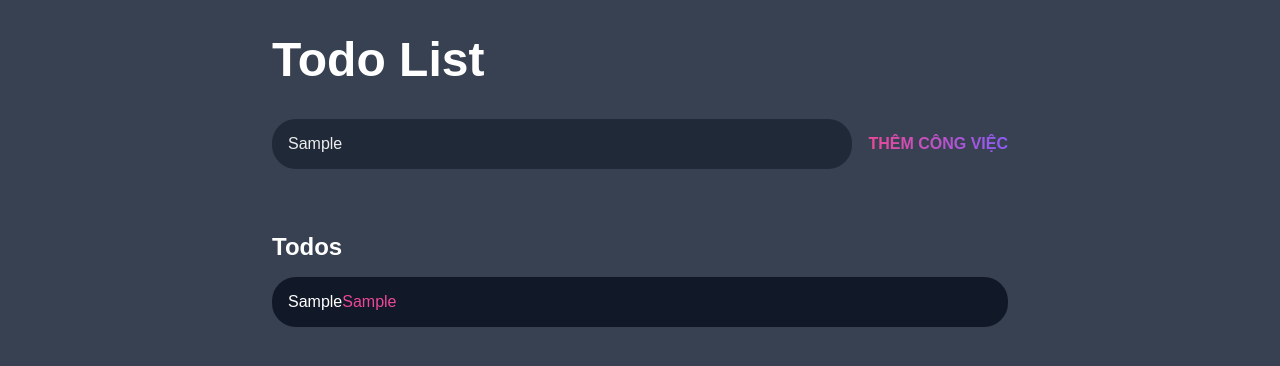
Repository: ntheanh/Todo-List
Page: index.html
An editor plug-in stored every save of this project. The page is shown before and after the next save, followed by the edit.
The browser window is 1280 px wide. The pictures show the whole page.
Empty fields were first filled with sample values (such as "Sample", 5 or name@example.com).
After loading, the first visible `#new-todo-form` was submitted once.
The style sheet was rebuilt from its Sass, Less or Tailwind sources for each picture, by a compiler version that may differ from the author's.

Above is the page before, as saved 2023-03-16 14:04:50.

### index.html
<!DOCTYPE html>
<html lang="en">
  <head>
    <meta charset="UTF-8" />
    <meta http-equiv="X-UA-Compatible" content="IE=edge" />
    <meta name="viewport" content="width=device-width, initial-scale=1.0" />
    <title>My Todo List</title>
    <link rel="stylesheet" href="style.css" />
  </head>
  <body>
    <header>
      <h1>Todo List</h1>
      <form action="" id="new-todo-form">
        <input
          id="new-todo-input"
          type="text"
          name="todo"
          placeholder="Nhập công việc của bạn... "
        />
        <input id="new-todo-submit" type="submit" value="Thêm Công Việc" />
      </form>
    </header>
    <main>
      <section class="task-list">
        <h2>Todos</h2>
        <div id="tasks">
          <!-- <div class="task">
            <div class="content">
              <input
                type="text"
                class="content_input"
                value="My task"
                readonly
              />
            </div>
            <div class="actions">
              <button class="edit">Sửa</button>
              <button class="delete">Xoá</button>
            </div>
          </div> -->
        </div>
      </section>
    </main>

    <script src="app.js"></script>
  </body>
</html>

### app.js
window.addEventListener("load", () => {
  const form = document.querySelector("#new-todo-form");
  const input = document.querySelector("#new-todo-input");
  const list_el = document.querySelector("#tasks");

  form.addEventListener("submit", (e) => {
    e.preventDefault();
    const todo = input.value;
    if (!todo) {
      alert("Vui long nhap cong viec can lam");
      return;
    }

    const todo_el = document.createElement("div");
    todo_el.classList.add("task");

    const todo_content = document.createElement("div");
    todo_content.classList.add("content");
    todo_content.innerText = todo;

    todo_el.appendChild(todo_content);

    const todo_input = document.createElement("input");
    todo_input.type = "text";
    todo_input.classList.add("content_input");
    todo_input.value = todo;
    todo_input.setAttribute = ("readonly", "readonly");

    todo_content.appendChild(todo_input);

    const todo_actions = document.createElement("div");
    todo_actions.classList.add("actions");

    const todo_edit = document.createElement("button");
    todo_edit.classList.add("edit");
    todo_edit.innerText = "Sửa";

    const todo_delete = document.createElement("button");
    todo_delete.classList.add("delete");
    todo_delete.innerText = "Xóa";

    todo_actions.appendChild(todo_edit);
    todo_actions.appendChild(todo_delete);

    list_el.appendChild(todo_el);
  });
});

### style.scss
:root {
  --dark: #374151;
  --darker: #1f2937;
  --darkest: #111827;
  --gray: #6b7280;
  --light: #eee;
  --pink: #ec4899;
  --purple: #8b5cf6;
}

* {
  margin: 0;
  padding: 0;
  box-sizing: border-box;
  font-family: "Poppins", sans-serif;
}

body {
  display: flex;
  flex-direction: column;
  min-height: 100vh;
  background: var(--dark);
  color: #fff;
}

header {
  padding: 2rem;
  width: 100%;
  max-width: 800px;
  margin: 0 auto;
  h1 {
    font-size: 3rem;
    font-weight: 600;
    margin-bottom: 2rem;
  }
}
#new-todo-form {
  display: flex;
}

input,
button {
  appearance: none;
  border: none;
  outline: none;
  background: none;
}

#new-todo-input {
  flex: 1 1 0%;
  background: var(--darker);
  padding: 1rem;
  border-radius: 1.5rem;
  margin-right: 1rem;
  color: var(--light);
  font-size: 1rem;
}
#new-todo-submit {
  color: var(--pink);
  font-size: 1rem;
  font-weight: 700;
  text-transform: uppercase;
  background: linear-gradient(to right, var(--pink), var(--purple));
  background-clip: text;
  -webkit-text-fill-color: transparent;
  transition: 0.4s;
  &:hover {
    opacity: 0.8;
  }
  &:active {
    opacity: 0.6;
  }
}

main {
  flex: 1 1 0%;
  width: 100%;
  max-width: 800px;
  margin: 0 auto;
  .task-list {
    padding: 2rem;
    h2 {
      font-size: 1.5rem;
      font-weight: 600;
      margin-bottom: 1rem;
    }
    #tasks .task {
      display: flex;
      justify-content: space-between;
      background: var(--darkest);
      padding: 1rem;
      border-radius: 1.5rem;
      margin-bottom: 1rem;
      .content .content_input {
        color: var(--light);
        font-size: 1rem;
        font-weight: 500;
        &:not(:read-only) {
          color: var(--pink);
        }
      }
      .actions {
        display: flex;
        margin: 0 -0.5rem;
        button {
          text-transform: uppercase;
          margin: 0 0.5rem;
          cursor: pointer;
          font-weight: 600;
          transition: 0.4s;
          &:hover {
            opacity: 0.7;
          }
          &:active {
            opacity: 0.6;
          }
        }
        .edit {
          color: var(--pink);
          background: linear-gradient(to right, var(--pink), var(--purple));
          background-clip: text;
          -webkit-text-fill-color: transparent;
        }
        .delete {
          color: crimson;
        }
      }
    }
  }
}

After the next save:
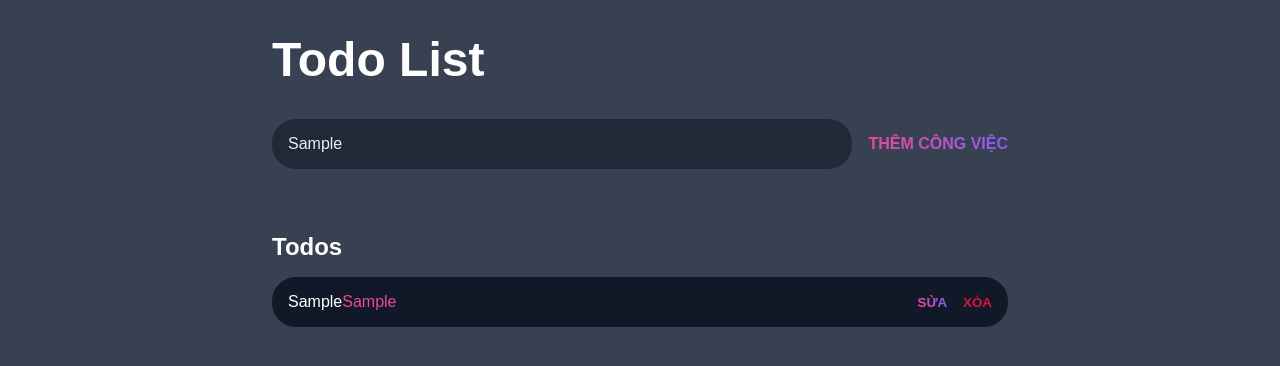
Saved 9 s later.
--- a/app.js
+++ b/app.js
@@ -42,6 +42,8 @@ window.addEventListener("load", () => {
     todo_actions.appendChild(todo_edit);
     todo_actions.appendChild(todo_delete);
 
+    todo_el.appendChild(todo_actions);
+
     list_el.appendChild(todo_el);
   });
 });
